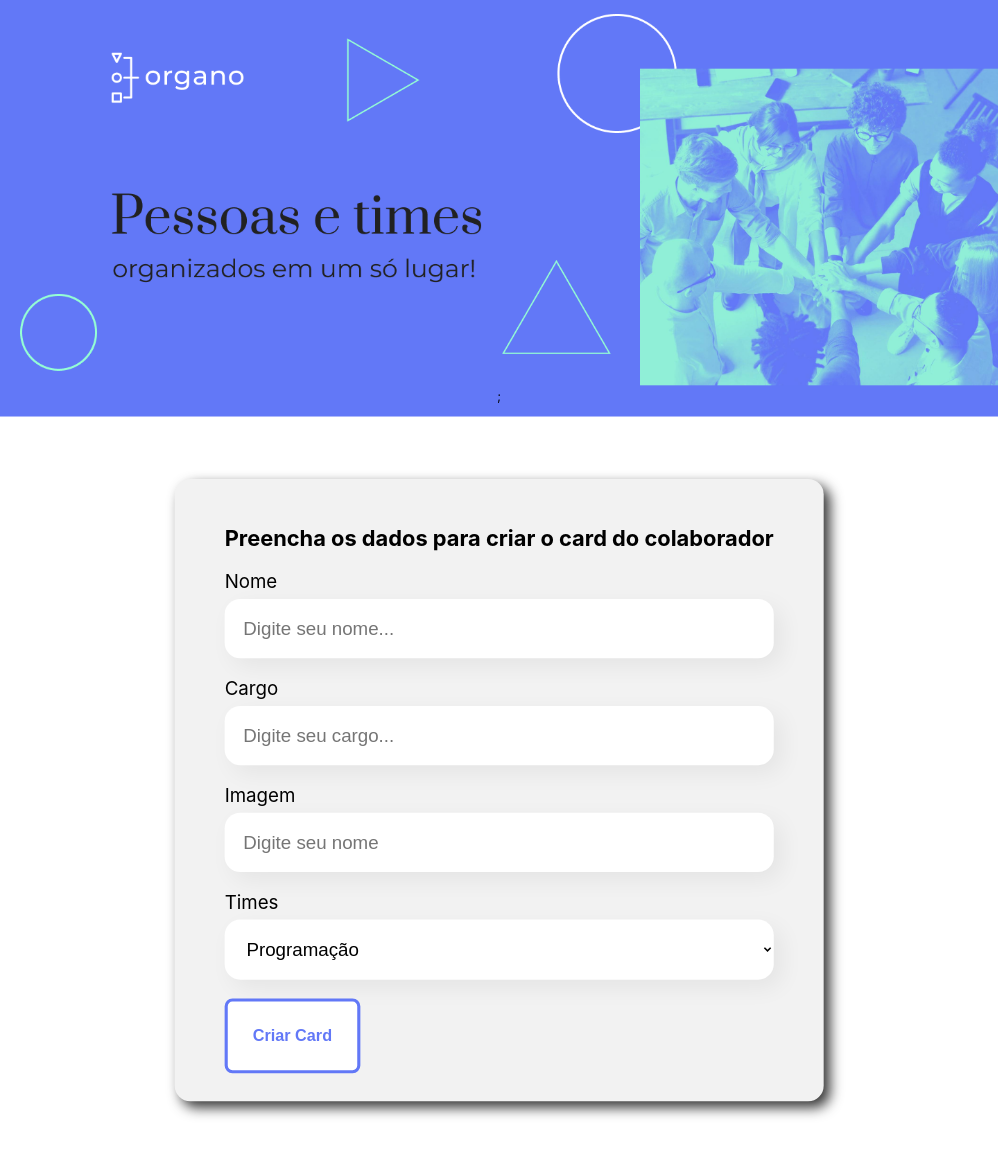
Repository: guilhermecardoso93/organo
Page: /
An editor plug-in stored every save of this project. The page is shown before and after a run of saves, followed by the edit.
The browser window is 1280 px wide. The pictures show the whole page, at 78% of full size.
The pointer rests on the first visible `button`.
The project was rebuilt for these pictures with package versions that can differ from the ones it lists, and the page was loaded fresh each time.

Above is the page before, as saved 2024-05-26 12:47:49.

### src/App.js
import { Banner } from "./components/Banner";
import { Form } from "./components/Form";

export default function App() {
  return (
    <div>
      <Banner />
      <Form />
    </div>
  );
}

### src/components/Banner/index.js
import BannerBackground from "../../assets/imagens/banner.png";
import "./styles.css";

export function Banner() {
  return (
    <header className="background-banner">
      <img src={BannerBackground} alt="Banner Principal da Página da Orgona" />;
    </header>
  );
}

### src/components/Form/index.js
import { Button } from "../Button";
import { Input } from "../Input";
import { ListDropDown } from "../ListDropDown";
import "./styles.css";

export function Form() {
  const times = [
    "Programação",
    "Front-End",
    "Data Science",
    "Devops",
    "UX e Design",
    "Mobile",
    " Inovação e Gestão",
  ];
  return (
    <section className="form">
      <form>
        <h2>Preencha os dados para criar o card do colaborador</h2>
        <Input label="Nome" placeholder="Digite seu nome..." />
        <Input label="Cargo" placeholder="Digite seu cargo..." />
        <Input label="Imagem" placeholder="Digite seu nome" />
        <ListDropDown itens={times} label="Times" />
        <Button title="Criar Card" />
      </form>
    </section>
  );
}

### src/components/Banner/styles.css
.background-banner {
  background-color: #6278f7;
  text-align: center;
  padding-bottom: 1rem;
}

.background-banner img {
  max-width: 100%;
}

### src/components/Button/index.js
import "./styles.css";

export function Button({ title }) {
  return <button>{title}</button>;
}

### src/components/Input/index.js
import "./styles.css";

export function Input({label, placeholder}) {
  return (
    <div className="campo-texto">
      <label>{label}</label>
      <input placeholder={placeholder}/>
    </div>
  );
}

### src/components/ListDropDown/index.js
import "./styles.css";

export function ListDropDown({ label, itens }) {
  return (
    <div className='list-dropdown'>
      <label>{label}</label>
      <select>
        {itens.map((item, index) => {
          return <option key={index}>{item}</option>;
        })}
      </select>
    </div>
  );
}

### src/components/Form/styles.css
.form {
  display: flex;
  justify-content: center;
  margin: 80px 0;
}

.form form {
  max-width: 80%;
  background-color: #f2f2f2;
  border-radius: 20px;
  padding: 36px 64px;
  box-shadow: 8px 8px 16px rgba(0,0,0, 0.8);
}

h2 {
  font-size: 1.75rem;
}

### src/components/Button/styles.css
button {
  background-color: #6278f7;
  color: white;
  border: none;
  border-radius: 10px;
  font-size: 1.3rem;
  font-weight: bold;
  padding: 32px;
  cursor: pointer;
}

button:hover {
  background-color: white;
  color: #6278f7;
  border: 4px solid #6278f7;
}

### src/components/Input/styles.css
.campo-texto {
  display: flex;
  flex-direction: column;
  margin: 24px 0;
}

.campo-texto label {
  display: block;
  margin-bottom: 8px;
  font-size: 24px;
  font-weight: semi-bold;
}

.campo-texto input {
  background-color: #fff;
  box-shadow: 10px 10px 30px rgba(0, 0, 0, 0.06);
  width: 100%;
  border: none;
  font-size: 24px;
  padding: 24px;
  box-sizing: border-box;
  border-radius: 20px;
}

### src/components/ListDropDown/styles.css
.list-dropdown {
  display: flex;
  flex-direction: column;
  margin: 24px 0;
}

.list-dropdown label {
  display: block;
  margin-bottom: 8px;
  font-size: 24px;
  font-weight: semi-bold;
}

.list-dropdown select {
  background-color: #fff;
  box-shadow: 10px 10px 30px rgba(0, 0, 0, 0.06);
  width: 100%;
  border: none;
  font-size: 24px;
  padding: 24px;
  box-sizing: border-box;
  border-radius: 20px;
}

Loaded but not shown: public/index.html (common file); src/index.js (common file); src/index.css (common file); public/manifest.json (common file)

After the next 2 saves:
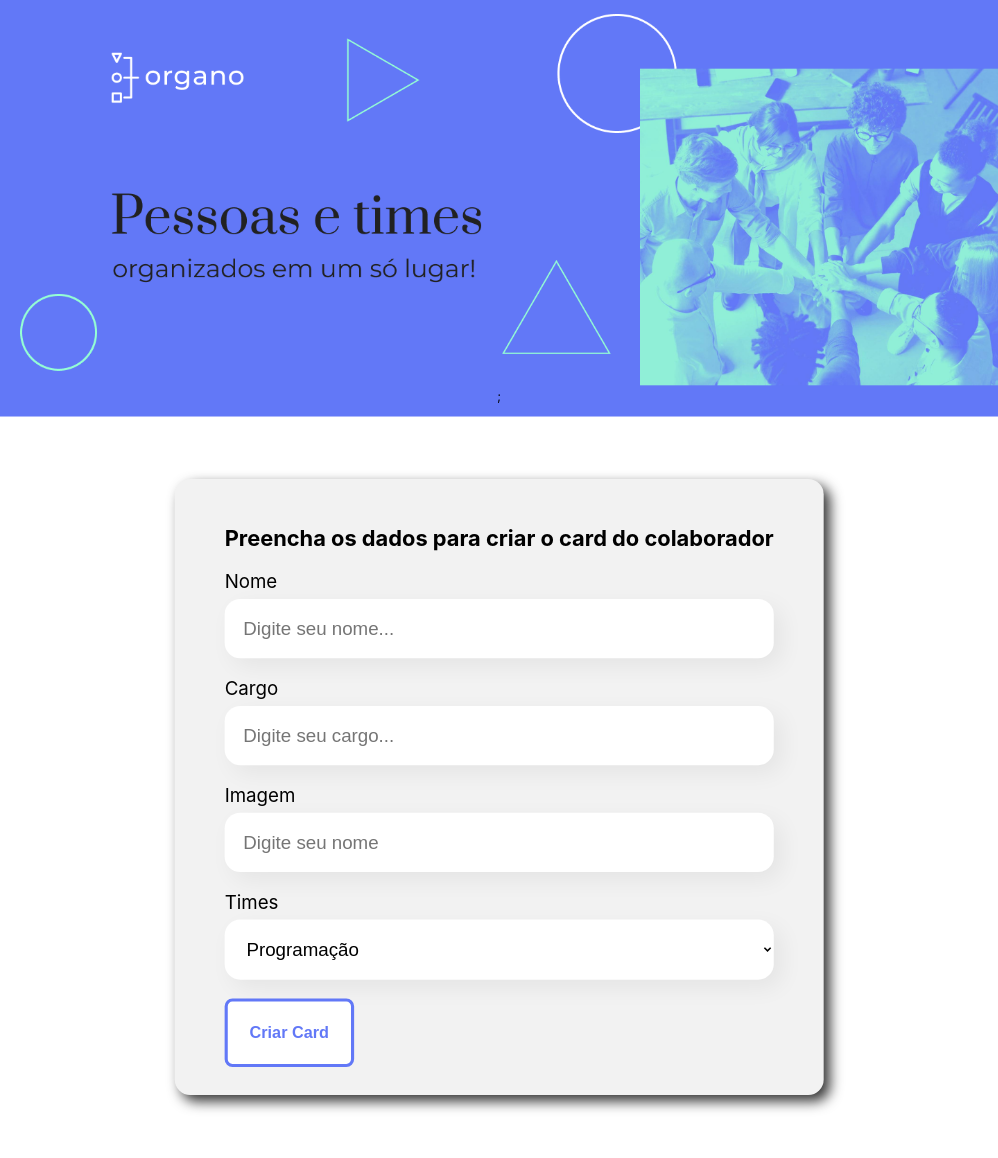
The 2 saves are shown as one change because they came seconds apart.
The last was saved 25 s later.
--- a/src/components/Button/styles.css
+++ b/src/components/Button/styles.css
@@ -13,4 +13,5 @@ button:hover {
   background-color: white;
   color: #6278f7;
   border: 4px solid #6278f7;
+  padding: 28px;
 }
